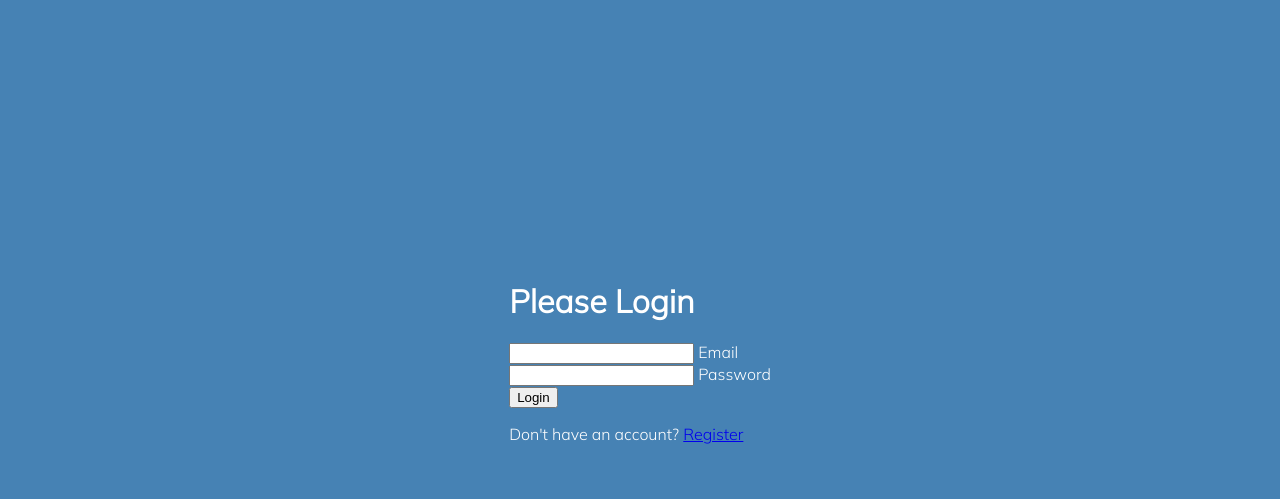
Repository: Berkan71/js-example-little-projects
Page: form-input-wave/index.html
An editor plug-in stored every save of this project. The page is shown before and after the next save, followed by the edit.
The browser window is 1280 px wide. The pictures show the whole page.

Above is the page before, as saved 2022-07-27 21:22:44.

### form-input-wave/index.html
<!DOCTYPE html>
<html lang="en">
<head>
    <meta charset="UTF-8">
    <meta http-equiv="X-UA-Compatible" content="IE=edge">
    <meta name="viewport" content="width=device-width, initial-scale=1.0">

    <link rel="stylesheet" href="style.css">
    <title>Form Input Wave</title>
</head>
<body>
    <div class="container">
        <h1>Please Login</h1>
        <form>
            <div class="form-control">
                <input type="text" required>
                <label>Email</label>
            </div>
            <div class="form-control">
                <input type="password" required>
                <label>Password</label>
            </div>

            <button class="btn">Login</button>

            <p class="text">Don't have an account? <a href="#">Register</a></p>
        </form>
    </div>

    <script src="script.js"></script>
</body>
</html>

### form-input-wave/style.css
@import url('https://fonts.googleapis.com/css2?family=Mulish:wght@300&display=swap');

* {
    box-sizing: border-box;
}

body {
    background-color: steelblue;
    color: #fff;
    font-family: 'Mulish', sans-serif;
    display: flex;
    flex-direction: column;
    align-items: center;
    justify-content: center;
    height: 100vh;
    overflow: hidden;
    margin: 0;
}

Loaded but not shown: form-input-wave/script.js (no stored copy; drawn as an empty file)

After the next save:
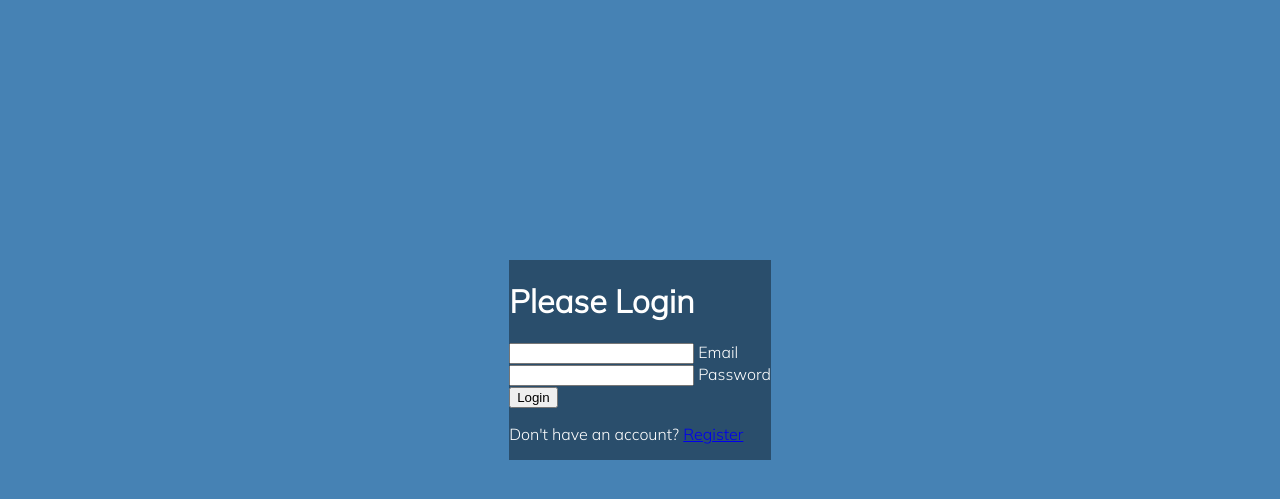
Saved 47 s later.
--- a/form-input-wave/style.css
+++ b/form-input-wave/style.css
@@ -16,3 +16,7 @@ body {
     overflow: hidden;
     margin: 0;
 }
+
+.container {
+    background-color: rgba(0, 0, 0, 0.4);
+}
